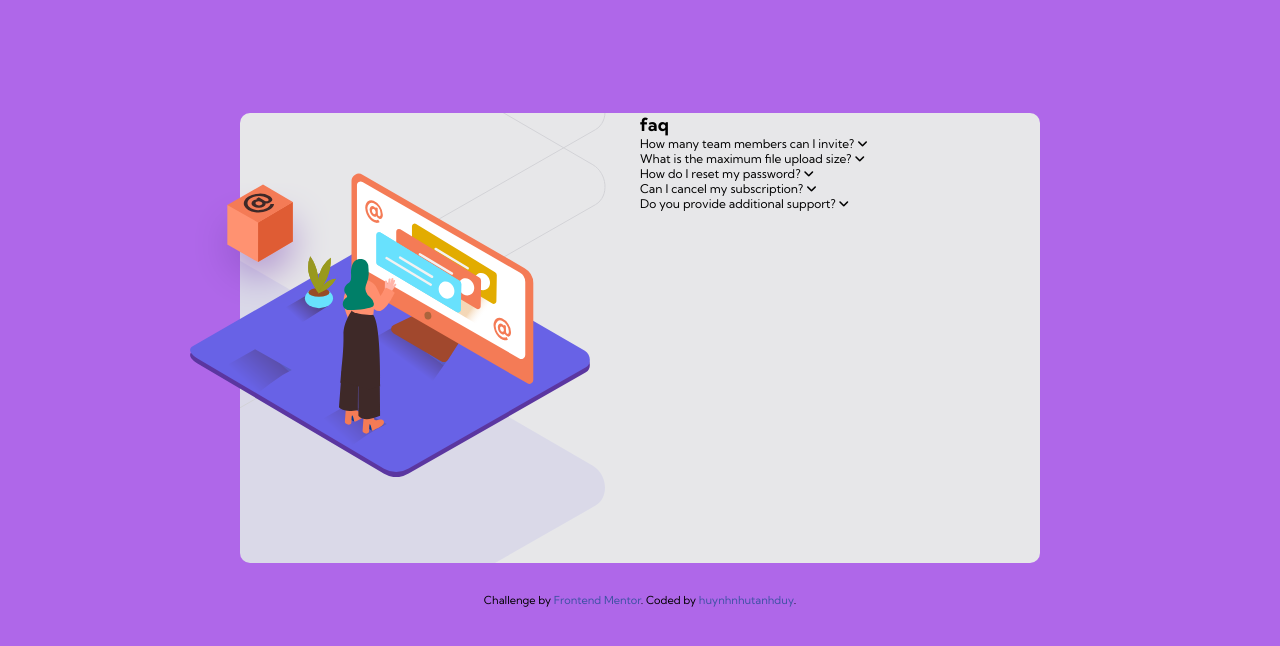
Repository: huynhnhutanhduy/faq-accordion-card
Page: index.html
An editor plug-in stored every save of this project. The page is shown before and after the next save, followed by the edit.
The browser window is 1280 px wide. The pictures show the whole page.

Above is the page before, as saved 2022-10-20 13:51:30.

After the next save:
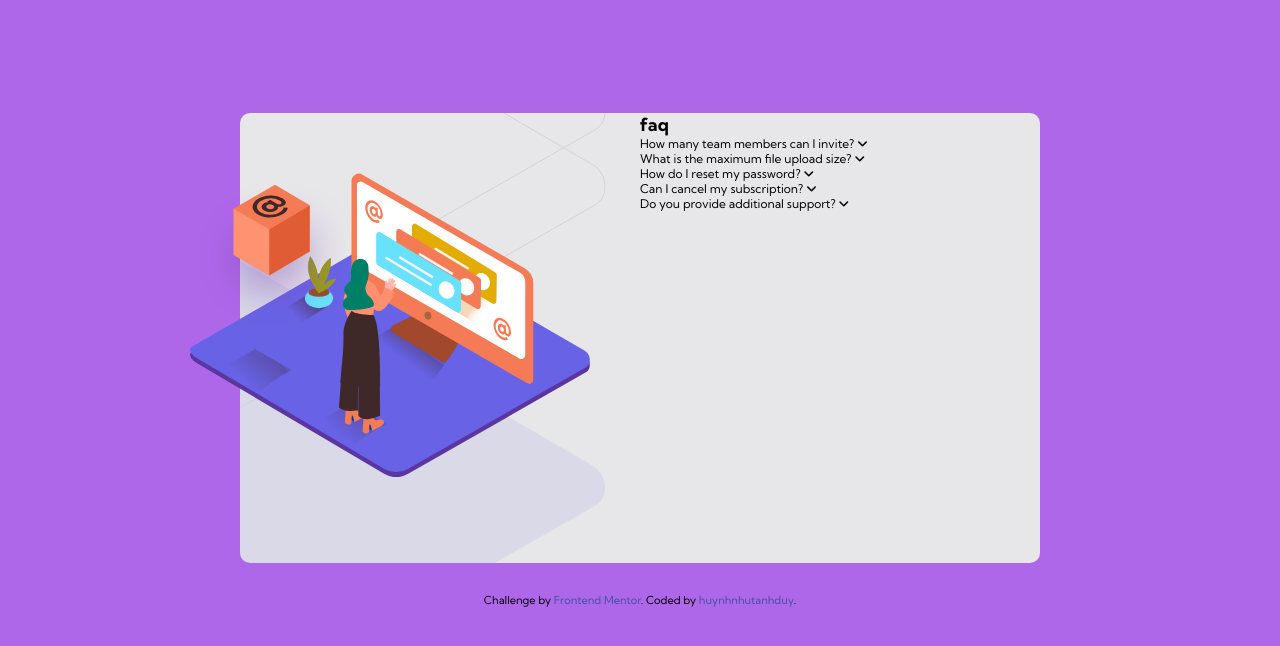
Saved 5 s later.
--- a/app.css
+++ b/app.css
@@ -71,7 +71,7 @@ img {
   left: -50px;
 }
 .card-box {
-  height: 30%;
+  height: 35%;
   position: absolute;
   top: 70px;
   left: -50px;
